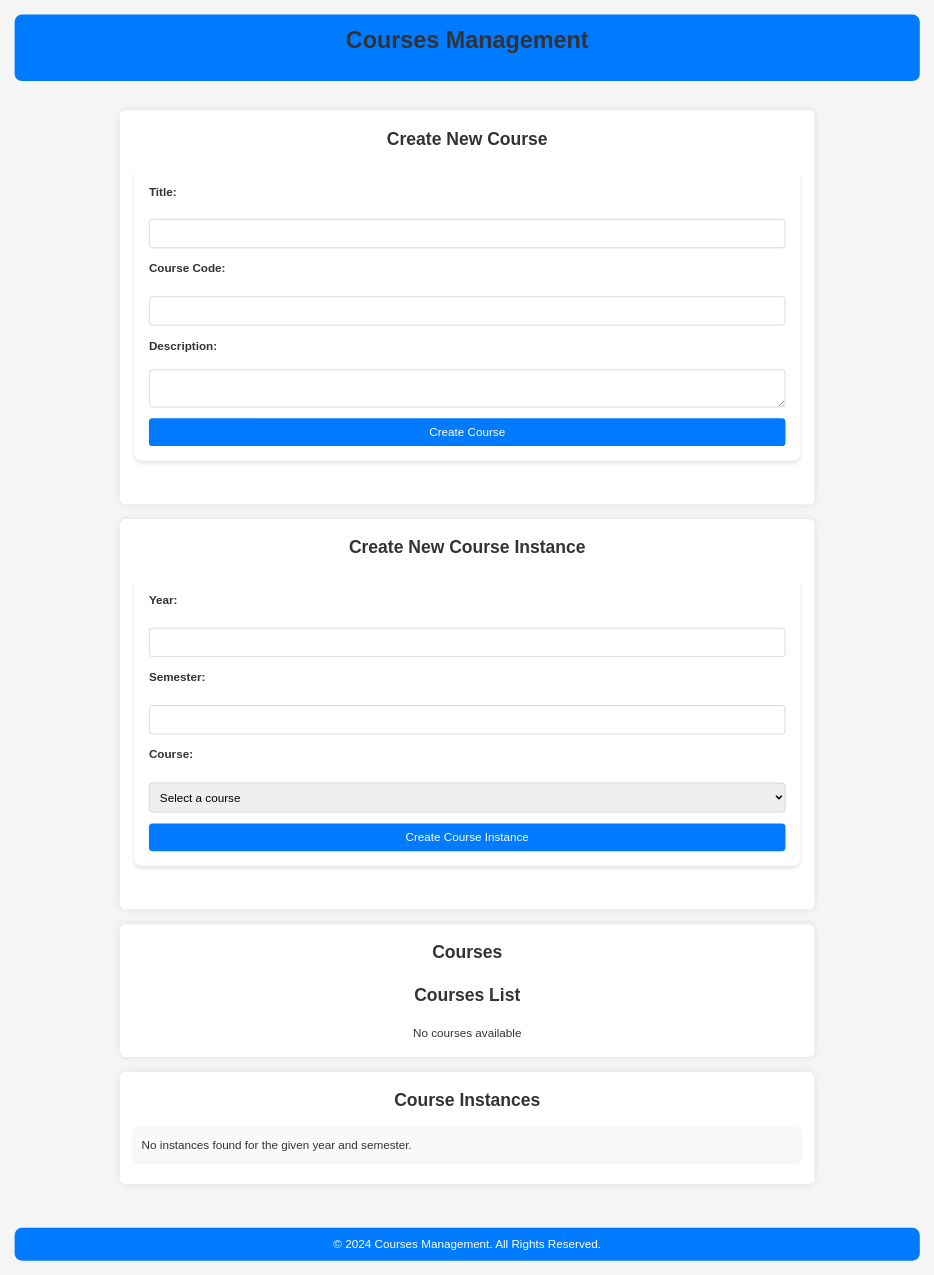
Repository: Rajdeep00-bit/Course_frontend
Page: /
These files come from the project's save history. The page is drawn as it stood at one moment and after the next save; the edit follows.
The browser window is 1280 px wide. The pictures show the whole page, at 73% of full size.
The page's requests for data from a server got no answer. The project was rebuilt for these pictures with package versions that can differ from the ones it lists, and the page was loaded fresh each time. No one was signed in, and anything a server would have sent is missing. Also part of the build but not shown: src/components/CourseInstanceDetails.js.

Above is the page before, as saved 2024-09-12 07:59:43.

After the next save:
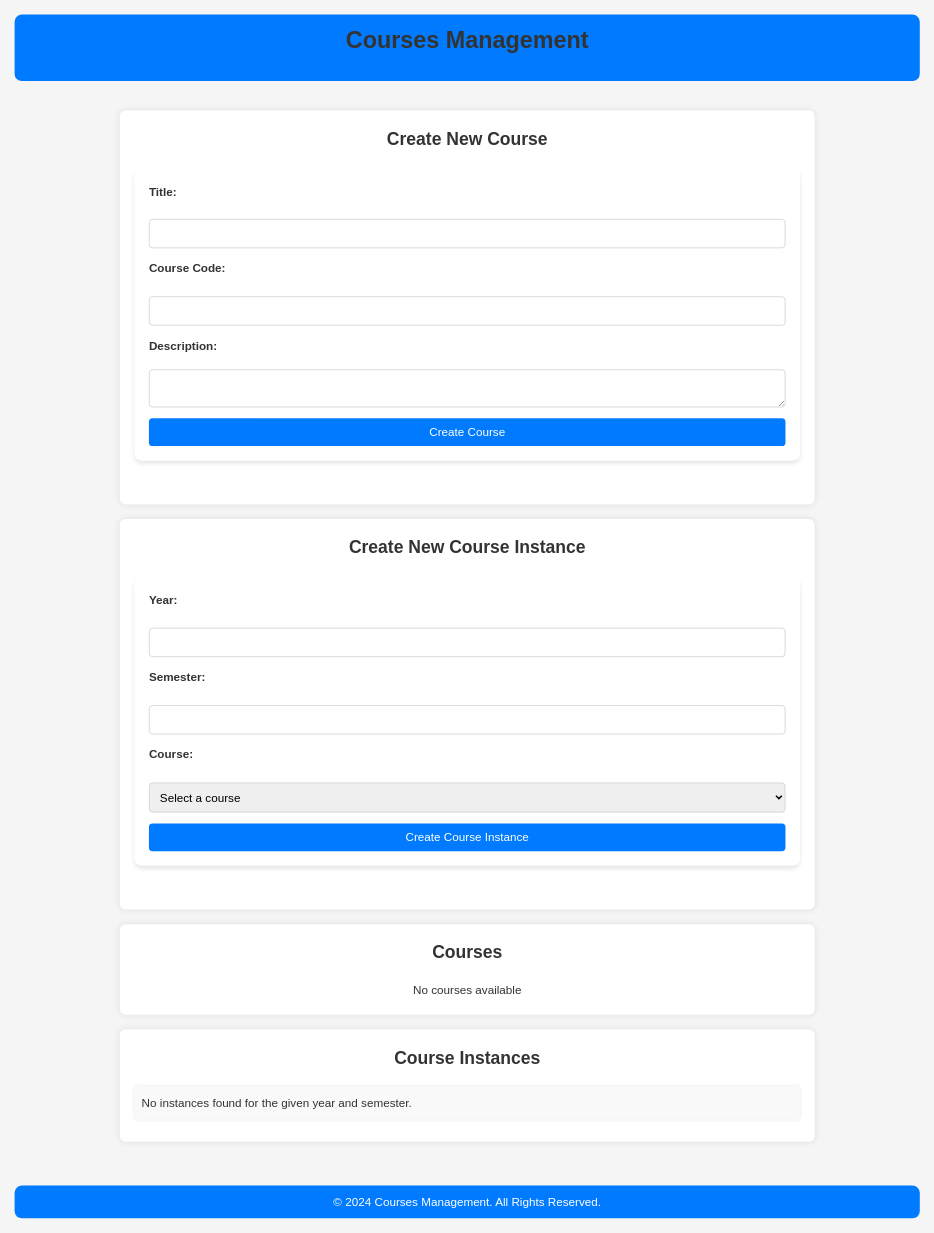
Saved 106 s later.
--- a/src/components/CourseList.js
+++ b/src/components/CourseList.js
@@ -76,7 +76,7 @@
   // Render the list of courses
   return (
     <div>
-      <h2>Courses List</h2>
+
       {courses.length > 0 ? (
         <ul>
           {courses.map((course) => (

After the save that followed:
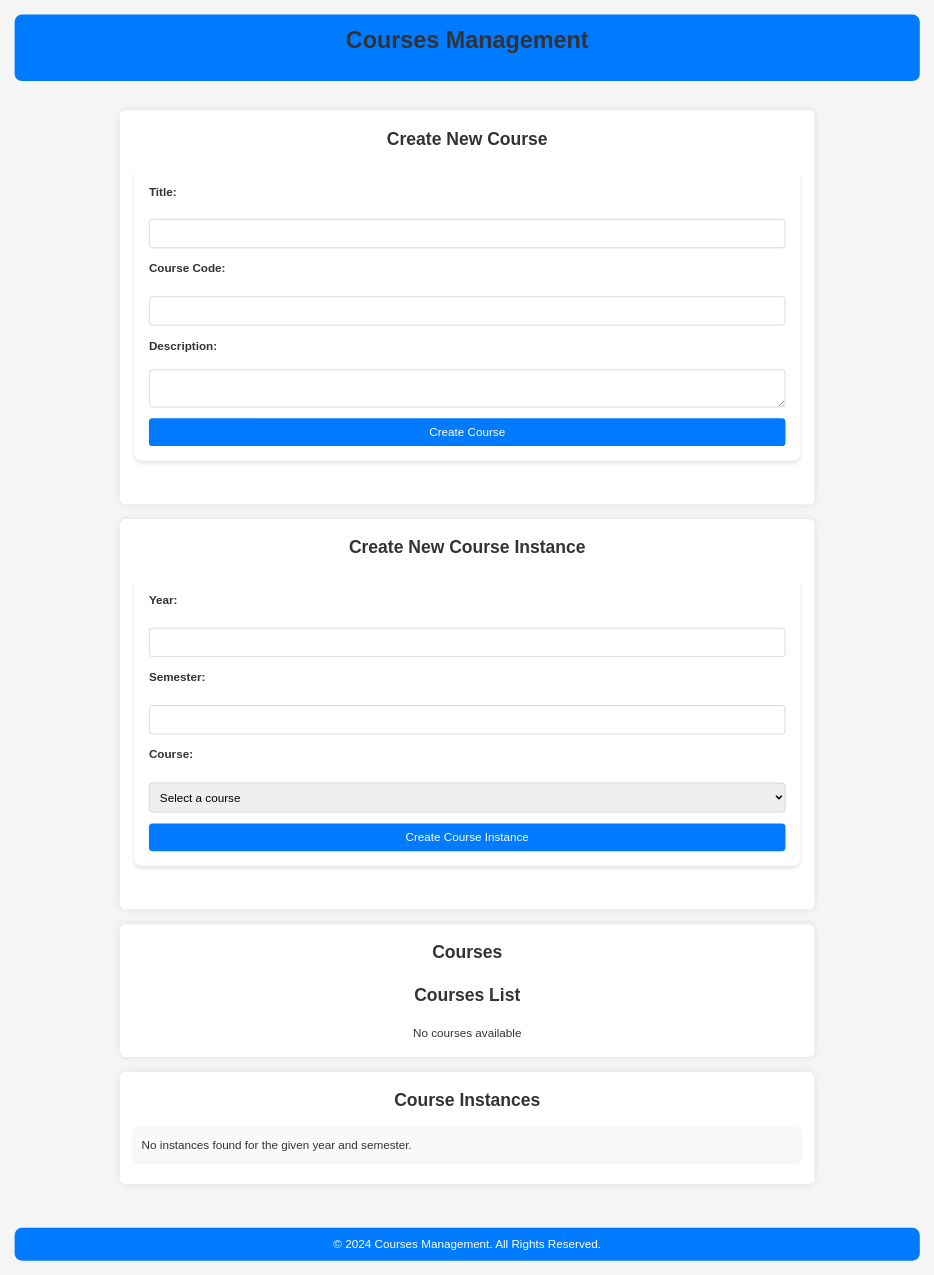
Saved 42 s later.
--- a/src/components/CourseList.js
+++ b/src/components/CourseList.js
@@ -76,19 +76,24 @@
   // Render the list of courses
   return (
     <div>
-
+      <h2>Courses List</h2>
       {courses.length > 0 ? (
         <ul>
           {courses.map((course) => (
             <li key={course.id}>
-              {/* Hyperlink-like title that fetches and shows course details */}
-              <a
-                href="#"
+              {/* Replaced <a> with <button> to prevent scrolling to the top */}
+              <button
                 onClick={() => viewCourseDetails(course.id)}
-                style={{ textDecoration: 'underline', color: 'blue', cursor: 'pointer' }}
+                style={{
+                  background: 'none',
+                  border: 'none',
+                  color: 'blue',
+                  textDecoration: 'underline',
+                  cursor: 'pointer'
+                }}
               >
                 {course.title} ({course.course_code})
-              </a>
+              </button>
               <button onClick={() => deleteCourse(course.id)} style={{ marginLeft: '10px' }}>
                 Delete
               </button>
